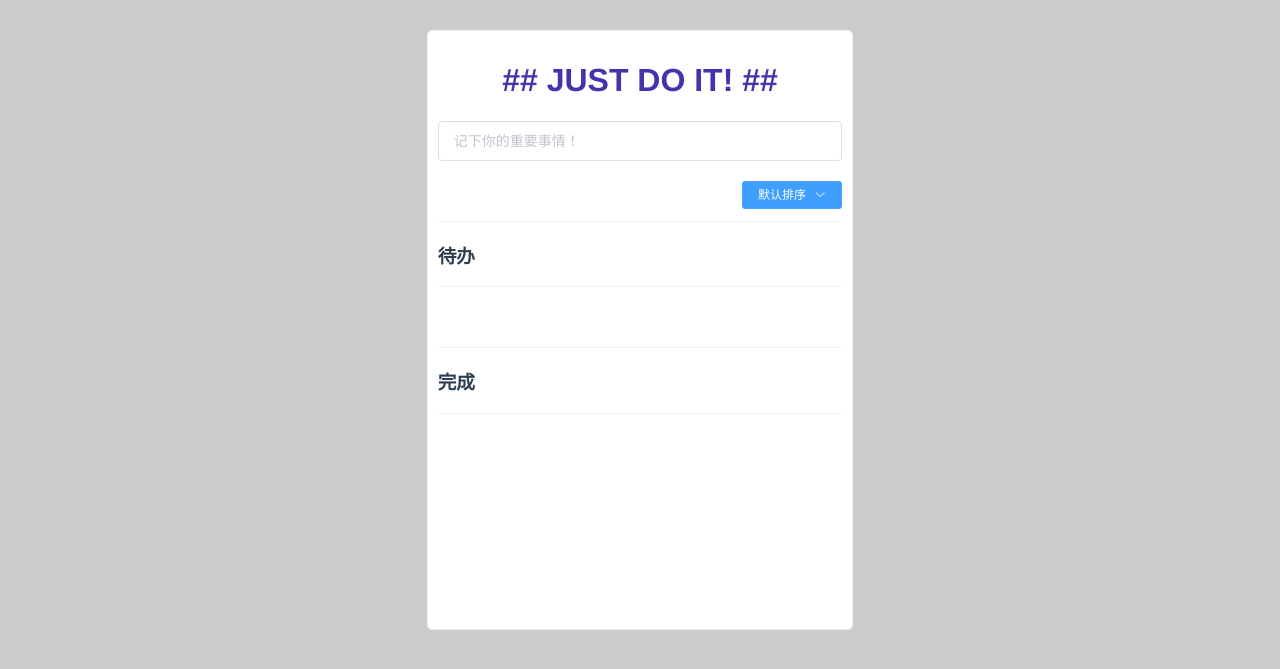
Repository: JonathanLee-LX/ToDo-LX
Page: /
These files come from the project's save history. The page is drawn as it stood at one moment and after the next save; the edit follows.
The browser window is 1280 px wide. The pictures show the whole page.
The project was rebuilt for these pictures with package versions that can differ from the ones it lists, and the page was loaded fresh each time.

Above is the page before, as saved 2018-07-01 22:37:59.

After the next save:
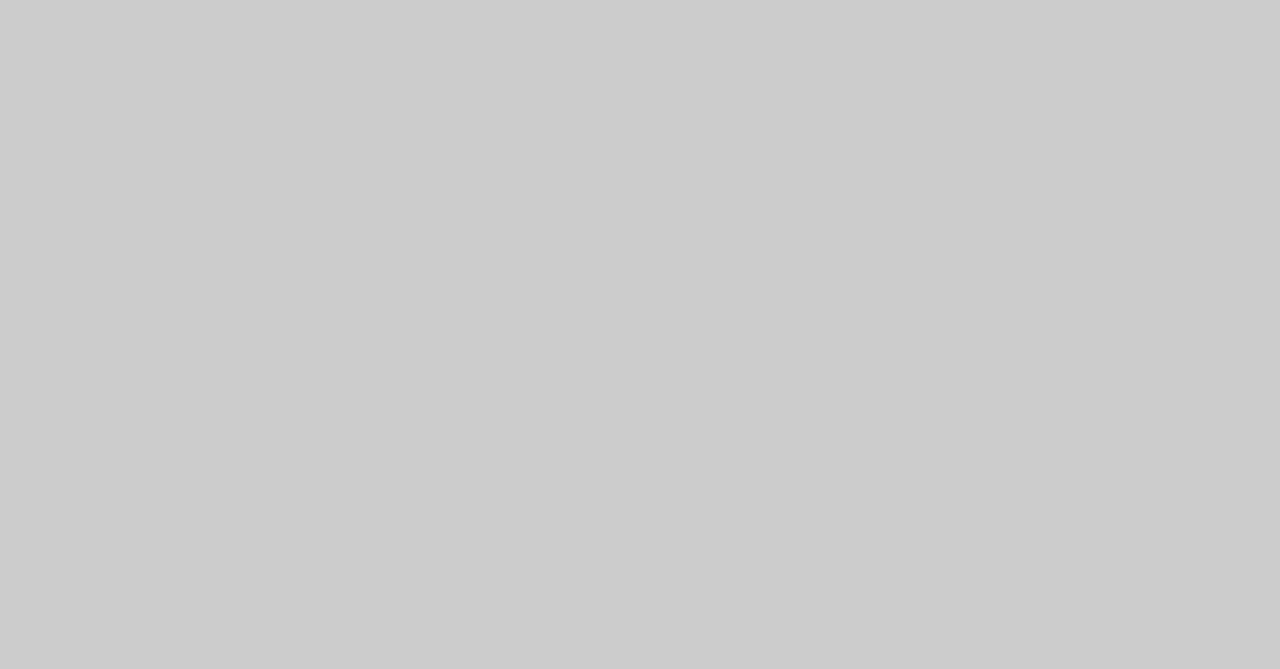
Console error: ReferenceError: Sort is not defined
Saved 33 min 46 s later.
--- a/src/components/Todo.vue
+++ b/src/components/Todo.vue
@@ -18,7 +18,7 @@
   import InputArea from './Input-Area.vue'
   import TodoList from './Todo-List.vue'
   import DoneList from './Done-List.vue'
-  import Sort from './Sort.vue'
+  import sort from './Sort.vue'
 
   export default {
     components: {

After the save that followed:
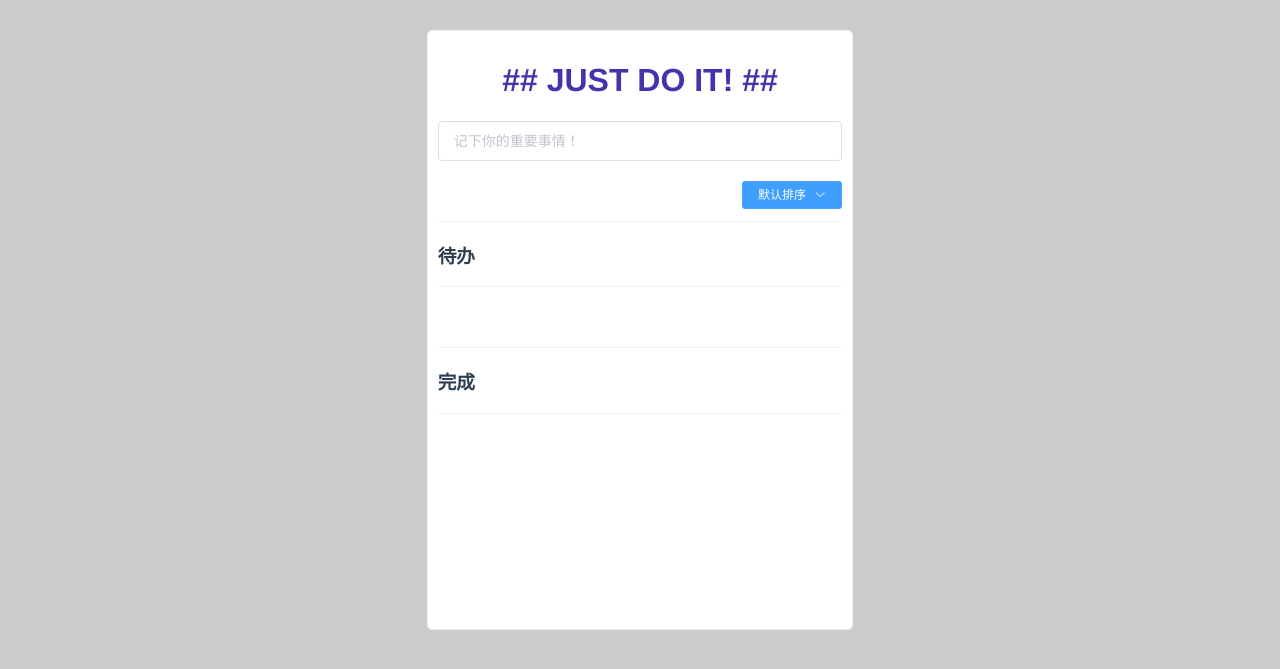
The error is gone.
Saved 13 s later.
--- a/src/components/Todo.vue
+++ b/src/components/Todo.vue
@@ -18,7 +18,7 @@
   import InputArea from './Input-Area.vue'
   import TodoList from './Todo-List.vue'
   import DoneList from './Done-List.vue'
-  import sort from './Sort.vue'
+  import Sort from './Sort.vue'
 
   export default {
     components: {
